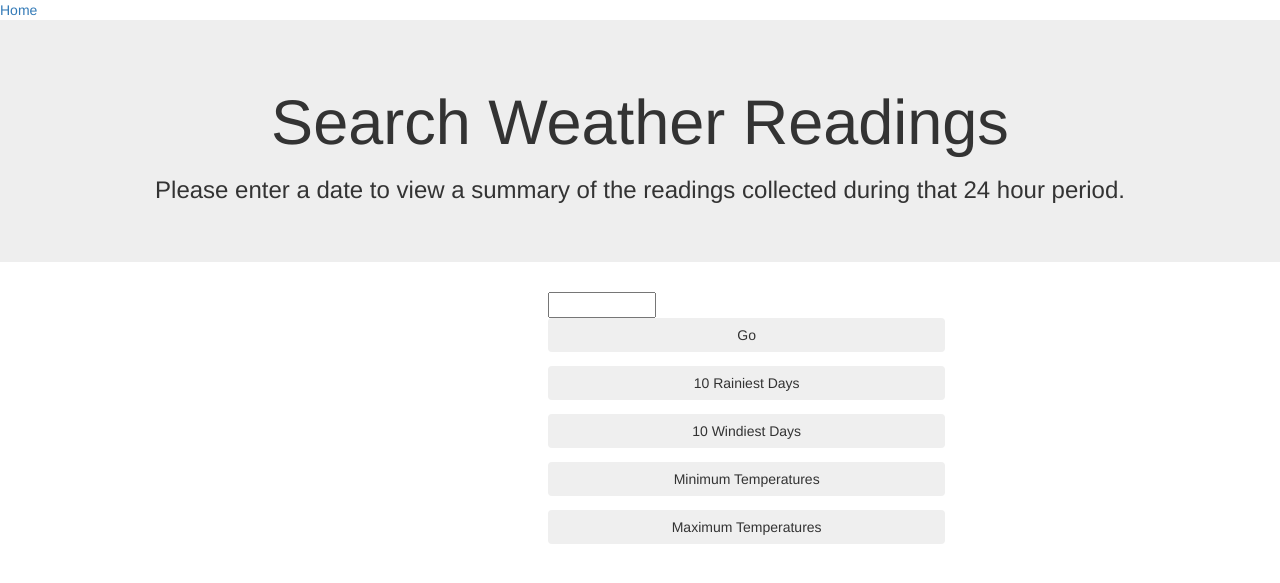
Repository: kralin27/ILC
Page: http://localhost/TESCWeather/WEB-INF/jsp/Search.jsp
An editor plug-in stored every save of this project. The page is shown before and after the next save, followed by the edit.
The browser window is 1280 px wide. The pictures show the whole page.
The page is served by Tomcat 9. Nobody is signed in. Other server files are loaded and not shown. The template is opened directly, without the code that normally fills it, so the values that code supplies are empty.

Above is the page before, as saved 2016-12-13 02:51:35.

### TESCWeather/src/main/webapp/WEB-INF/jsp/Search.jsp
<%@ taglib prefix="c" uri="http://java.sun.com/jsp/jstl/core"%>
<%@ taglib prefix="spring" uri="http://www.springframework.org/tags"%>

<html>
<head lang="en">
     <head>
          <meta charset="utf-8">
          <meta http-equiv="X-UA-Compatible" content="IE=edge">
          <meta name="viewport" content="width=device-width, initial-scale=1">
    <title>Search</title>
        <link rel="stylesheet" href="https://maxcdn.bootstrapcdn.com/bootstrap/3.3.5/css/bootstrap.min.css">

</head>
<body>
		<a href=" <spring:url value="/" /> "> Home </a>

<div class="jumbotron">

                  <h1 align="center">Search Weather Readings</h2>
                  <h3 align="center">Please enter a date to view a summary of the readings collected during that 24 hour period.</h3>
</div>


<div class="col-md-4 col-md-offset-5">
	<form method="GET" action=" <spring:url value="/WeatherReadings/Date" />">
		<input type="text" name="date" size="10" >
		<p>
		<button type="submit" class="btn btn-large btn-block"> Go</button>
	</form>

	<form method="GET" action=" <spring:url value="/WeatherReadings/Measure/Rain" />">
		<input type="submit" class="btn btn-large btn-block" value="10 Rainiest Days">
	</form>

	<form method="GET" action=" <spring:url value="/WeatherReadings/Measure/Wind" />">
		<input type="submit" class="btn btn-large btn-block" value="10 Windiest Days">
	</form>

	<form method="GET" action=" <spring:url value="/WeatherReadings/Measure/TempMin" />">
		<input type="submit" class="btn btn-large btn-block"value="Minimum Temperatures">
	</form>

	<form method="GET" action=" <spring:url value="/WeatherReadings/Measure/TempMax" />">
		<input type="submit" class="btn btn-large btn-block" value="Maximum Temperatures">
	</form>

</div>


</body>
</html>

After the next save:
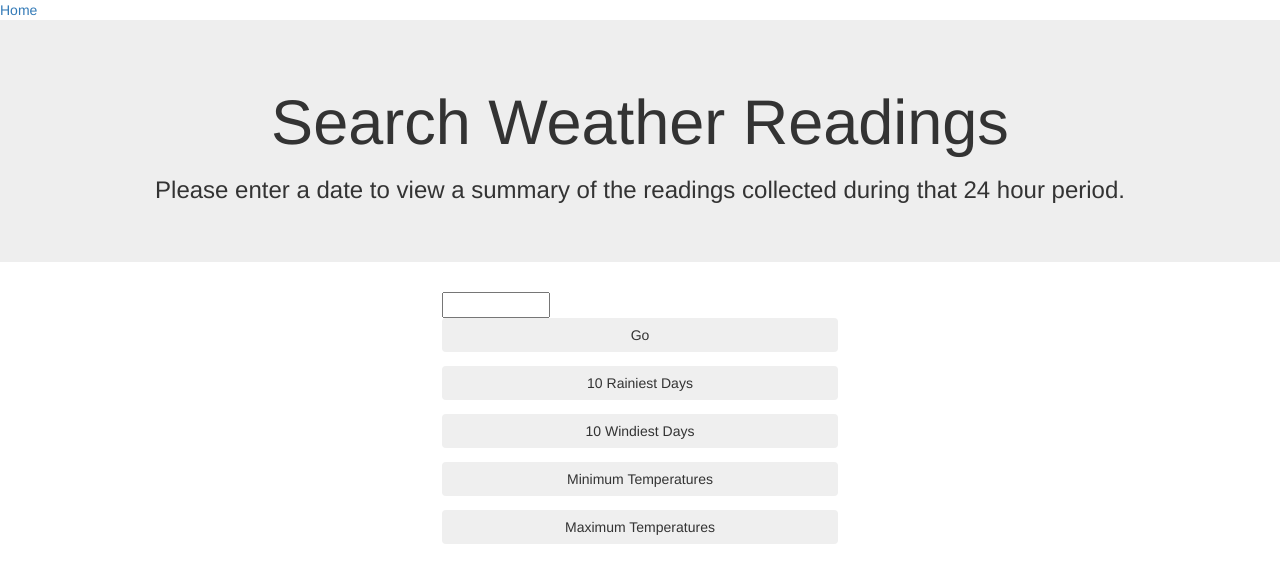
Saved 38 s later.
--- a/TESCWeather/src/main/webapp/WEB-INF/jsp/Search.jsp
+++ b/TESCWeather/src/main/webapp/WEB-INF/jsp/Search.jsp
@@ -21,7 +21,7 @@
 </div>
 
 
-<div class="col-md-4 col-md-offset-5">
+<div class="col-md-4 col-md-offset-4">
 	<form method="GET" action=" <spring:url value="/WeatherReadings/Date" />">
 		<input type="text" name="date" size="10" >
 		<p>
